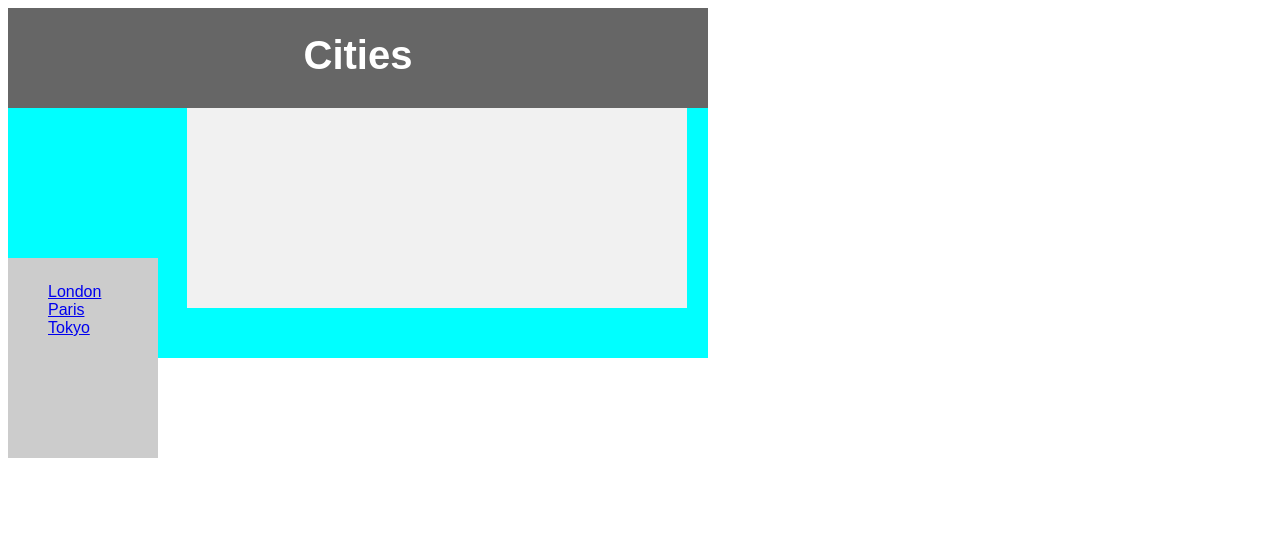
Repository: LongNguyen2504/T3H-FrondEnd
Page: Lesson3_CSS_HomeWork1.html
These files come from the project's save history. The page is drawn as it stood at one moment and after the next save; the edit follows.
The browser window is 1280 px wide. The pictures show the whole page.

Above is the page before, as saved 2021-12-01 17:56:01.

After the next save:
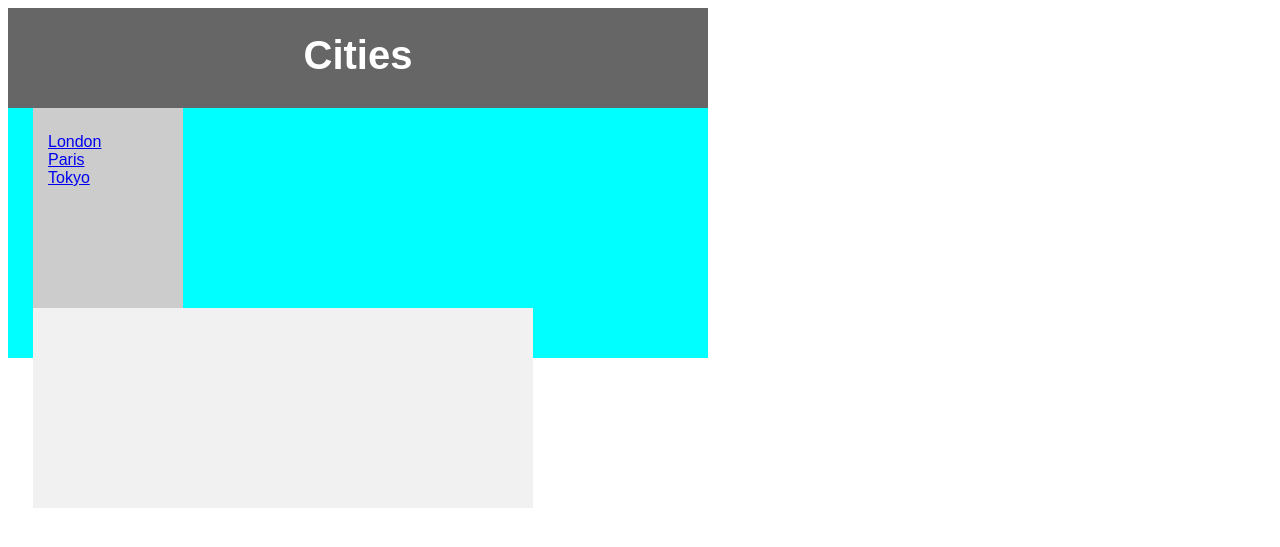
Saved 5 s later.
--- a/Lesson3_CSS_HomeWork1.css
+++ b/Lesson3_CSS_HomeWork1.css
@@ -24,13 +24,14 @@
     height: 200px;
     background-color: #cccccc;
     display: inline-block;
+    margin-left: 25px ;
 }
 li.first-list{
     position: relative;
     top: 25px;
     left: 15px;
     list-style-type: none;
-    margin-left: 25px ;
+
 }
 div.right-column{
     display: inline-block;

After the save that followed:
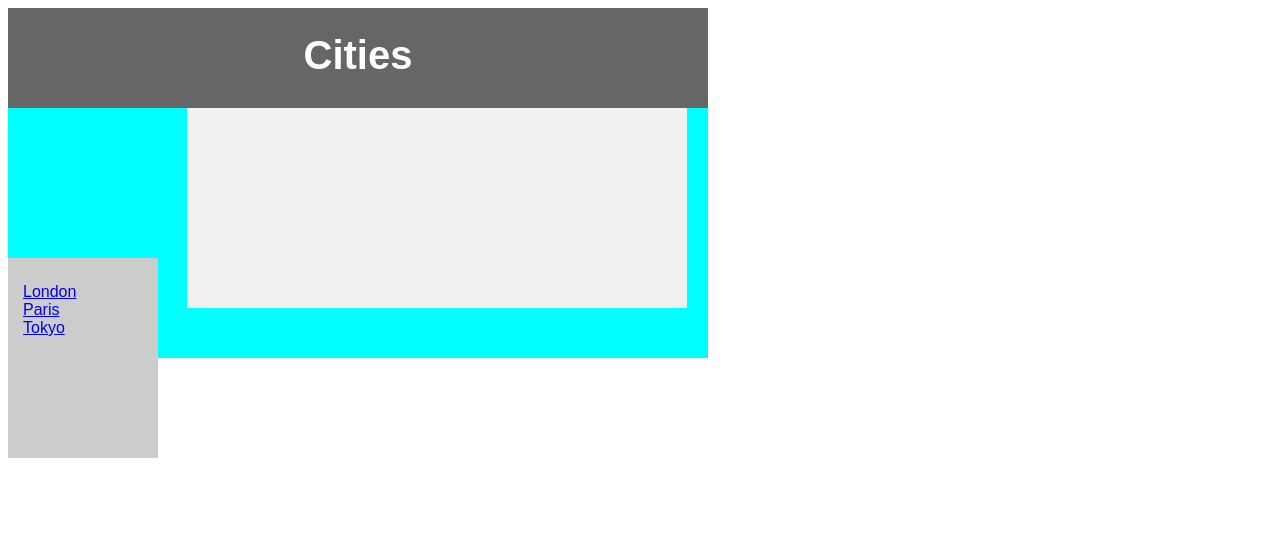
Saved 28 s later.
--- a/Lesson3_CSS_HomeWork1.css
+++ b/Lesson3_CSS_HomeWork1.css
@@ -24,7 +24,6 @@
     height: 200px;
     background-color: #cccccc;
     display: inline-block;
-    margin-left: 25px ;
 }
 li.first-list{
     position: relative;
